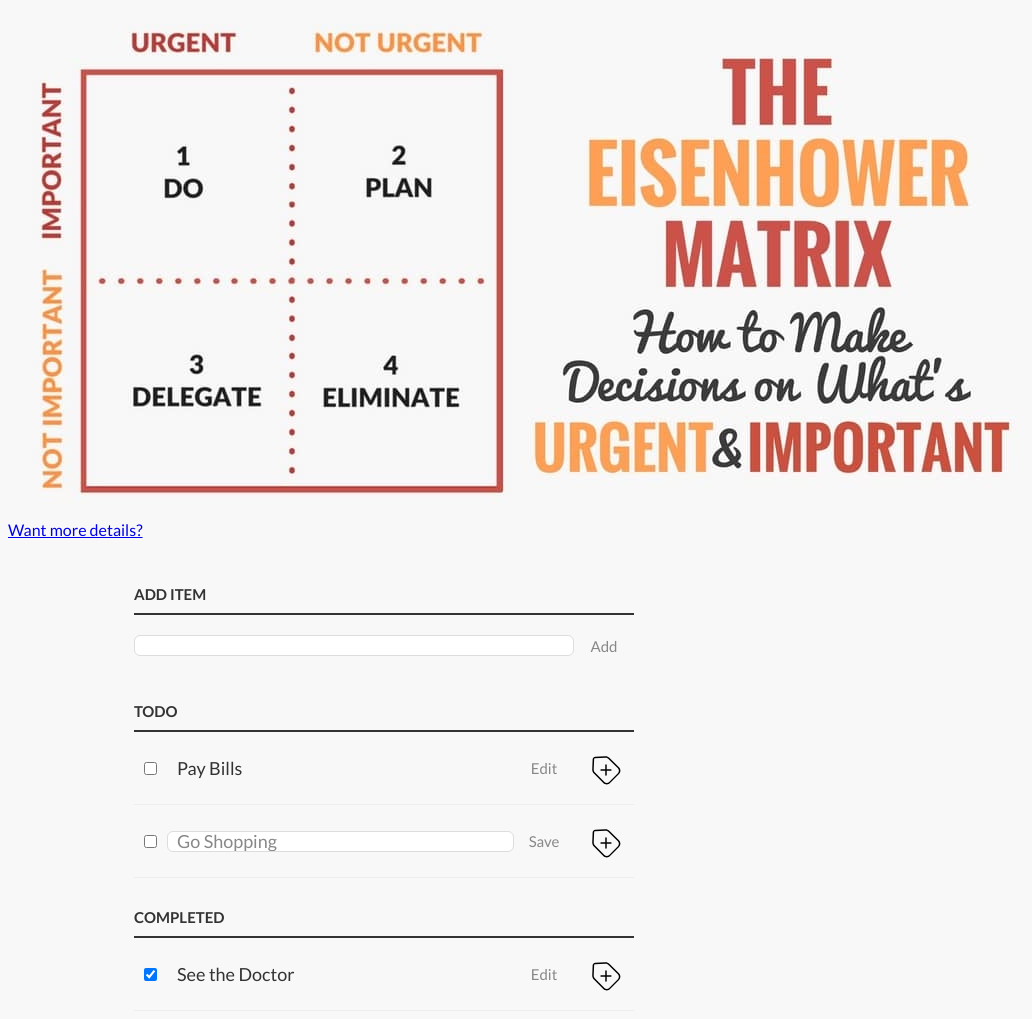
Repository: AlekseyRD88/clean-code-s1e1
Page: index.html
An editor plug-in stored every save of this project. The page is shown before and after the next save, followed by the edit.
The browser window is 768 px wide. The page is 1032 px wide, then 768 px, so the pictures cover 1032 px, including what lies to the right of the window. The pictures show the whole page.

Above is the page before, as saved 2024-12-14 23:17:50.
Console error: TypeError: Cannot read properties of null (reading 'children')

### index.html
<html>
  <head>
    <title>Todo App</title>
    <link href='https://fonts.googleapis.com/css?family=Lato:300,400,700' rel='stylesheet' type='text/css'>
    <link rel="stylesheet" href="style.css" type="text/css" media="screen" charset="utf-8">
  </head>
  <body>
    <header class="header">
      <img src="./eisenhower-matrix.jpg" alt="matrix">
      <a class='more-inf' href="https://goal-life.com/page/method/matrix-eisenhower">Want more details&quest;</a>
    </header>
    <div class="centered-main-page-element">
      <p id='top-section-add-element-to-list'>
      <label for="new-task">Add Item</label>
        <div class="task-row-wrapper">
          <input id='new-task'class="task" type="text">
          <button>Add</button>
        </div>
      </p>
      <h3>Todo</h3>
      <ul id='incomplete-tasks'>
        <li>
          <input type='checkbox'>
          <label class="task">Pay Bills</label>
          <input type="text" class="task">
          <button class="edit">Edit</button>
          <button class="delete">
            <img src="./remove.svg" alt="icon-remove">
          </button>
        </li>
        <li class="edit-mode">
          <input type="checkbox">
          <label class="task">Go Shopping</label>
          <input type="text" value="Go Shopping" class="task">
          <button class='edit'>Save</button>
          <button class="delete">
            <img src="./remove.svg" alt="icon-remove">
          </button>
        </li>
      </ul>
      <h3>Completed</h3>
      <ul id="completed-tasks">
        <li>
          <input type="checkbox" checked>
          <label class="task">See the Doctor</label>
          <input type="text" class="task">
          <button class="edit">Edit</button>
          <button class="delete">
            <img src="./remove.svg" alt="icon-remove">
          </button>
        </li>
      </ul>
    </div>
    <script type="text/javascript" src="app.js"></script>
  </body>
</html>

### style.css
/* Basic Style */
body {
    background-color: #f8f8f8;
    color: #333;
    font-family: Lato, sans-serif;
}
.aaa {
    width: 500px;
    margin: 0 auto;
    display: block;
    text-align: right;
}
.aaa img {
    width: 100%;
}
.aaa .more-inf {
    font-family: fantasy, cursive;
}

@media (max-width:768px) {
.aaa { text-align: center;
}
}
.centered-main-page-element {
    display: block;
    width: 500px;
    margin: 0 auto 0;
}
.task {
    width: 56%;
    display: inline-block;
    flex-grow: 1
}
.task-row-wrapper {
    display: flex;
}
ul {
    margin:0;
    padding: 0px;
}
li, h3 {
    list-style:none;
}
input,button{
    outline:none;
}
button {
    background: none;
    border: 0px;
    color: #888;
    font-size: 15px;
    width: 60px;
    font-family: Lato, sans-serif;
    cursor: pointer;
}
button:hover {
    color: #3a3A3a;
}
/* Heading */
h3,
label[for='new-task'] {
    color: #333;
    font-weight: 700;
    font-size: 15px;
    border-bottom: 2px solid #333;
    padding: 30px 0 10px;
    margin: 0;
    text-transform: uppercase;
}
input[type="text"] {
    margin: 0;
    font-size: 18px;
    line-height: 18px;
    height: 21px;
    padding: 0 9px;
    border: 1px solid #dDd;
    background: #FFF;
    border-radius: 6px;
    font-family: Lato, sans-serif;
    color: #888;
}
input[type="text"]:focus {
    color: #333;
}

/* New Task */
label[for='new-task'] {
    display: block;
    margin: 0 0 20px;
}
input#new-task {
    width: 318px;
}

/* Task list */
li {
    overflow: hidden;
    padding: 20px 0;
    border-bottom: 1px solid #eee;

    display: flex;
    justify-content: space-between;
    align-items: center;
}
li > * {
    vertical-align: middle;
}

li > input[type="checkbox"] {
    margin: 0 10px;
}
li > label {
    padding-left: 10px;
    box-sizing: border-box;
    font-size: 18px;
    width: 226px;
}
li >    input[type="text"] {
    width: 226px
}
button.delete img {
    height: 2em;
    transform: rotateZ(45deg);
    transition: transform 200ms ease-in;
}
button.delete img:hover {
    transform: rotateZ(0);
}

/* Completed */
ul#completed-tasks label {
    text-decoration: line-through
    color: #888;
}

/* Edit Task */
ul li input[type=text] {
    display:none
}

ul li.edit-mode input[type=text] {
    display:inline-block;
    width:224px
}

ul li.edit-mode label {
    display:none;
}

### app.js
//Document is the DOM can be accessed in the console with document.window.
// Tree is from the top, html, body, p etc.

//Problem: User interaction does not provide the correct results.
//Solution: Add interactivity so the user can manage daily tasks.
//Break things down into smaller steps and take each step at a time.


// Event handling, user interaction is what starts the code execution.

var taskInput=document.getElementById("new-task");//Add a new task.
var addButton=document.getElementsByTagName("button")[0];//first button
var incompleteTaskHolder=document.getElementById("incompleteTasks");//ul of #incompleteTasks
var completedTasksHolder=document.getElementById("completed-tasks");//completed-tasks


//New task list item
var createNewTaskElement=function(taskString){

    var listItem=document.createElement("li");

    //input (checkbox)
    var checkBox=document.createElement("input");//checkbx
    //label
    var label=document.createElement("label");//label
    //input (text)
    var editInput=document.createElement("input");//text
    //button.edit
    var editButton=document.createElement("button");//edit button

    //button.delete
    var deleteButton=document.createElement("button");//delete button
    var deleteButtonImg=document.createElement("img");//delete button image

    label.innerText=taskString;
    label.className='task';

    //Each elements, needs appending
    checkBox.type="checkbox";
    editInput.type="text";
    editInput.className="task";

    editButton.innerText="Edit"; //innerText encodes special characters, HTML does not.
    editButton.className="edit";

    deleteButton.className="delete";
    deleteButtonImg.src='./remove.svg';
    deleteButton.appendChild(deleteButtonImg);


    //and appending.
    listItem.appendChild(checkBox);
    listItem.appendChild(label);
    listItem.appendChild(editInput);
    listItem.appendChild(editButton);
    listItem.appendChild(deleteButton);
    return listItem;
}



var addTask=function(){
    console.log("Add Task...");
    //Create a new list item with the text from the #new-task:
    if (!taskInput.value) return;
    var listItem=createNewTaskElement(taskInput.value);

    //Append listItem to incompleteTaskHolder
    incompleteTaskHolder.appendChild(listItem);
    bindTaskEvents(listItem, taskCompleted);

    taskInput.value="";

}

//Edit an existing task.

var editTask=function(){
    console.log("Edit Task...");
    console.log("Change 'edit' to 'save'");


    var listItem=this.parentNode;

    var editInput=listItem.querySelector('input[type=text]');
    var label=listItem.querySelector("label");
    var editBtn=listItem.querySelector(".edit");
    var containsClass=listItem.classList.contains("editMode");
    //If class of the parent is .editmode
    if(containsClass){

        //switch to .editmode
        //label becomes the inputs value.
        label.innerText=editInput.value;
        editBtn.innerText="Edit";
    }else{
        editInput.value=label.innerText;
        editBtn.innerText="Save";
    }

    //toggle .editmode on the parent.
    listItem.classList.toggle("editMode");
};


//Delete task.
var deleteTask=function(){
    console.log("Delete Task...");

    var listItem=this.parentNode;
    var ul=listItem.parentNode;
    //Remove the parent list item from the ul.
    ul.removeChild(listItem);

}


//Mark task completed
var taskCompleted=function(){
    console.log("Complete Task...");

    //Append the task list item to the #completed-tasks
    var listItem=this.parentNode;
    completedTasksHolder.appendChild(listItem);
    bindTaskEvents(listItem, taskIncomplete);

}


var taskIncomplete=function(){
    console.log("Incomplete Task...");
//Mark task as incomplete.
    //When the checkbox is unchecked
    //Append the task list item to the #incompleteTasks.
    var listItem=this.parentNode;
    incompleteTaskHolder.appendChild(listItem);
    bindTaskEvents(listItem,taskCompleted);
}



var ajaxRequest=function(){
    console.log("AJAX Request");
}

//The glue to hold it all together.


//Set the click handler to the addTask function.
addButton.onclick=addTask;
addButton.addEventListener("click",addTask);
addButton.addEventListener("click",ajaxRequest);


var bindTaskEvents=function(taskListItem,checkBoxEventHandler){
    console.log("bind list item events");
//select ListItems children
    var checkBox=taskListItem.querySelector("input[type=checkbox]");
    var editButton=taskListItem.querySelector("button.edit");
    var deleteButton=taskListItem.querySelector("button.delete");


    //Bind editTask to edit button.
    editButton.onclick=editTask;
    //Bind deleteTask to delete button.
    deleteButton.onclick=deleteTask;
    //Bind taskCompleted to checkBoxEventHandler.
    checkBox.onchange=checkBoxEventHandler;
}

//cycle over incompleteTaskHolder ul list items
//for each list item
for (var i=0; i<incompleteTaskHolder.children.length;i++){

    //bind events to list items chldren(tasksCompleted)
    bindTaskEvents(incompleteTaskHolder.children[i],taskCompleted);
}




//cycle over completedTasksHolder ul list items
for (var i=0; i<completedTasksHolder.children.length;i++){
    //bind events to list items chldren(tasksIncompleted)
    bindTaskEvents(completedTasksHolder.children[i],taskIncomplete);
}




// Issues with usability don't get seen until they are in front of a human tester.

//prevent creation of empty tasks.

//Change edit to save when you are in edit mode.

After the next save:
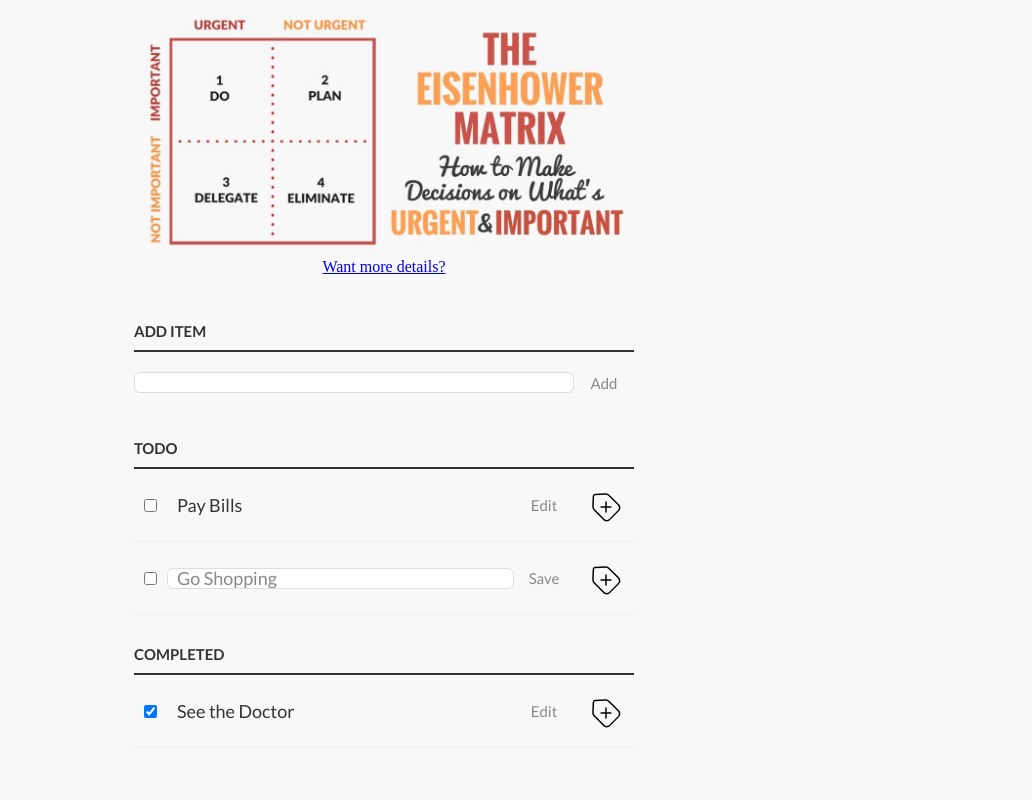
Saved 56 s later.
--- a/style.css
+++ b/style.css
@@ -4,21 +4,21 @@
     color: #333;
     font-family: Lato, sans-serif;
 }
-.aaa {
+.header {
     width: 500px;
     margin: 0 auto;
     display: block;
     text-align: right;
 }
-.aaa img {
+.header img {
     width: 100%;
 }
-.aaa .more-inf {
+.header .more-inf {
     font-family: fantasy, cursive;
 }
 
 @media (max-width:768px) {
-.aaa { text-align: center;
+.header { text-align: center;
 }
 }
 .centered-main-page-element {
